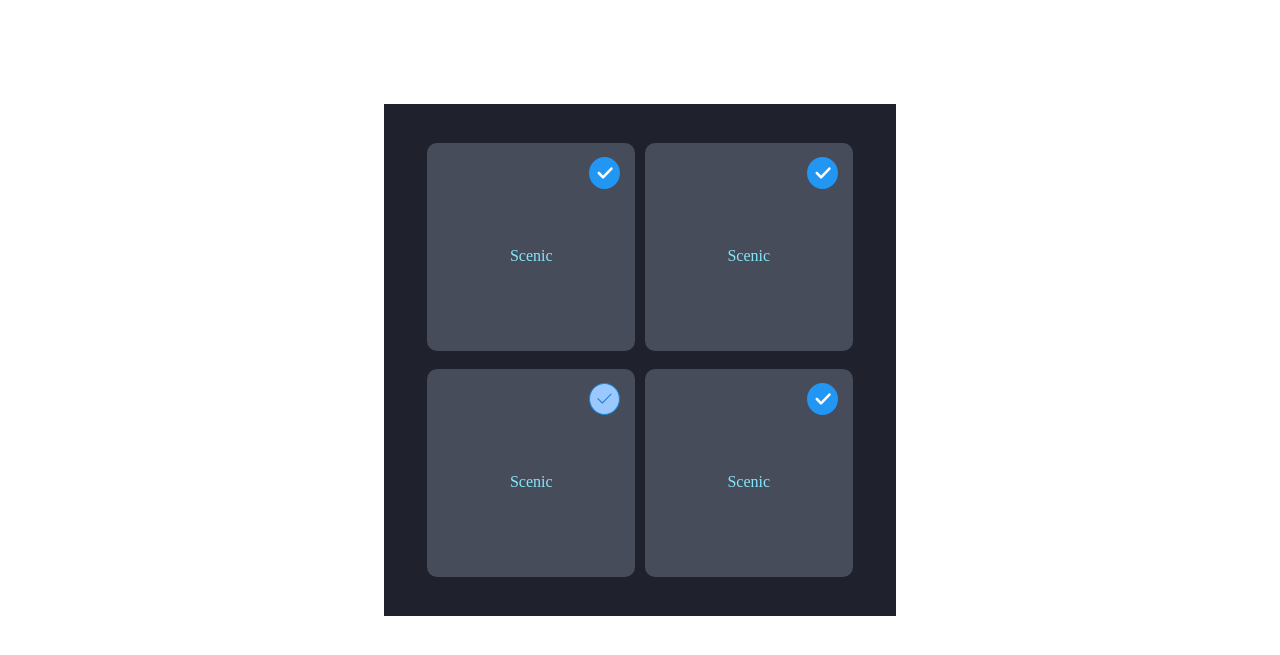
Repository: enesmozer/card-check
Page: index.html
These files come from the project's save history. The page is drawn as it stood at one moment and after the next save; the edit follows.
The browser window is 1280 px wide. The pictures show the whole page.
The style sheet was rebuilt from its Sass, Less or Tailwind sources for each picture, by a compiler version that may differ from the author's.

Above is the page before, as saved 2021-03-01 23:59:37.

### index.html
<!DOCTYPE html>
<html lang="en">
<head>
    <meta charset="UTF-8">
    <meta name="viewport" content="width=device-width, initial-scale=1.0">
    <link rel="stylesheet" href="/main.css">
    <title>Card with Check</title>
</head>
<body>
    <div class="container">
        <div class="card">
            <div class="card-icon"><img src="/img/entering_heaven_alive.svg" alt=""></div>
            <div class="card-text">Scenic</div>
            <div class="check"><img src="/img/check.svg" alt=""></div>
        </div>
        <div class="card">
            <div class="card-icon"><img src="/img/clapperboard.svg" alt=""></div>
            <div class="card-text">Scenic</div>
            <div class="check"><img src="/img/check.svg" alt=""></div>
        </div>
        <div class="card">
            <div class="card-icon"><img src="/img/safe.svg" alt=""></div>
            <div class="card-text">Scenic</div>
            <div class="check"><img src="/img/check-mark.svg" alt=""></div>
        </div>
        <div class="card">
            <div class="card-icon"><img src="/img/about.svg" alt=""></div>
            <div class="card-text">Scenic</div>
            <div class="check"><img src="/img/check.svg" alt=""></div>
        </div>
    </div>
</body>
</html>

### scss/main.scss
* {
  margin: 0;
  padding: 0;
  box-sizing: border-box;
}
body {
  display: flex;
  height: 100vh;
  align-items: center;
  justify-content: center;
}
.container {
  display: flex;
  flex-wrap: wrap;
  align-items: center;
  justify-content: center;
  background-color: #1f222c;
  width: 40%;
  height: calc((100vw * 40) / 100);
  padding: 30px;

  .card {
    margin: 1%;
    width: 46.127%;
    height: 46.127%;
    background-color: #474c5a;
    border-radius: 10px;
    display: flex;
    align-items: center;
    justify-content: center;
    flex-direction: column;
    color: #85e6fa;
    position: relative;
    .icon {
      margin-bottom: 10px;
      width: 30%;
      height: 30%;
    }
    .text {
      font-size: 1.5vw;
    }
    .check {
      position: absolute;
      align-self: flex-end;
      display: flex;
      align-items: flex-end;
      justify-content: flex-end;
      top: 7%;
      width: 15%;
      height: 15%;
      border-radius: 50%;
      margin-right: 15px;
      @media (max-width: 576px) {
        margin-right: 4px;
      }

      img {
        height: 100%;
        width: 100%;
      }
    }
  }
}

After the next save:
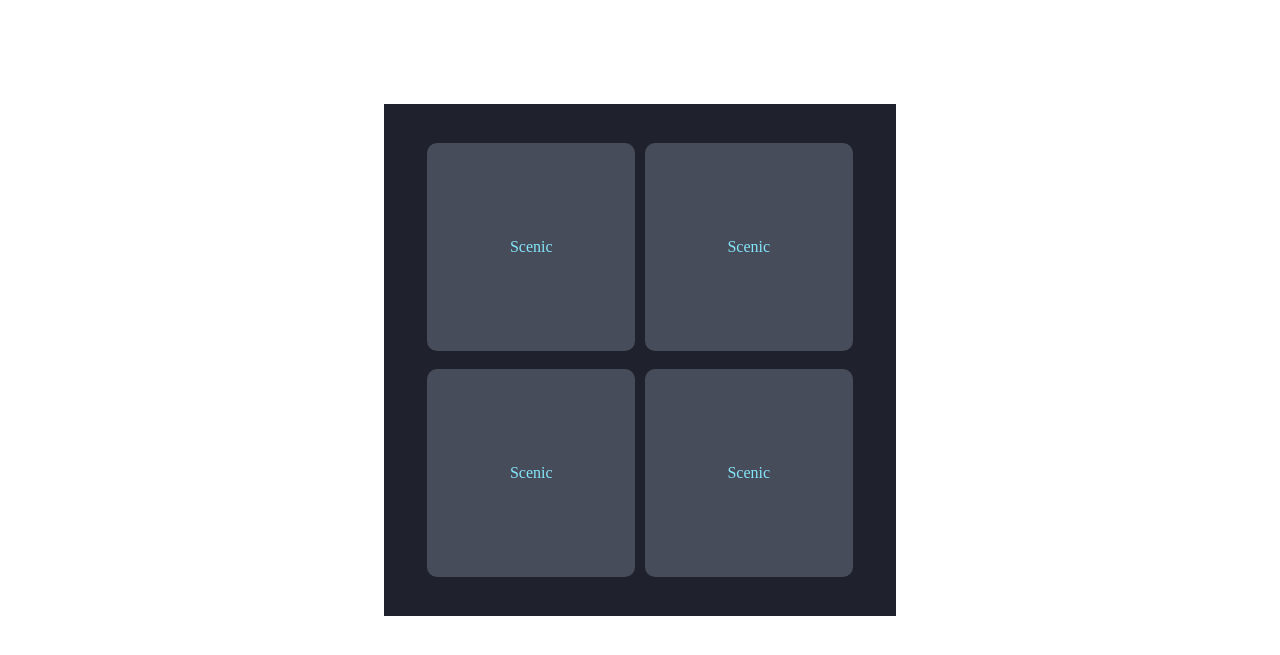
Not found: img/card-check-mark.svg
Not found: img/card-check.svg
Saved 7 s later.
--- a/index.html
+++ b/index.html
@@ -4,29 +4,29 @@
     <meta charset="UTF-8">
     <meta name="viewport" content="width=device-width, initial-scale=1.0">
     <link rel="stylesheet" href="/main.css">
-    <title>Card with Check</title>
+    <title>Card with card-check</title>
 </head>
 <body>
     <div class="container">
         <div class="card">
             <div class="card-icon"><img src="/img/entering_heaven_alive.svg" alt=""></div>
             <div class="card-text">Scenic</div>
-            <div class="check"><img src="/img/check.svg" alt=""></div>
+            <div class="card-check"><img src="/img/card-check.svg" alt=""></div>
         </div>
         <div class="card">
             <div class="card-icon"><img src="/img/clapperboard.svg" alt=""></div>
             <div class="card-text">Scenic</div>
-            <div class="check"><img src="/img/check.svg" alt=""></div>
+            <div class="card-check"><img src="/img/card-check.svg" alt=""></div>
         </div>
         <div class="card">
             <div class="card-icon"><img src="/img/safe.svg" alt=""></div>
             <div class="card-text">Scenic</div>
-            <div class="check"><img src="/img/check-mark.svg" alt=""></div>
+            <div class="card-check"><img src="/img/card-check-mark.svg" alt=""></div>
         </div>
         <div class="card">
             <div class="card-icon"><img src="/img/about.svg" alt=""></div>
             <div class="card-text">Scenic</div>
-            <div class="check"><img src="/img/check.svg" alt=""></div>
+            <div class="card-check"><img src="/img/card-check.svg" alt=""></div>
         </div>
     </div>
 </body>

After the save that followed:
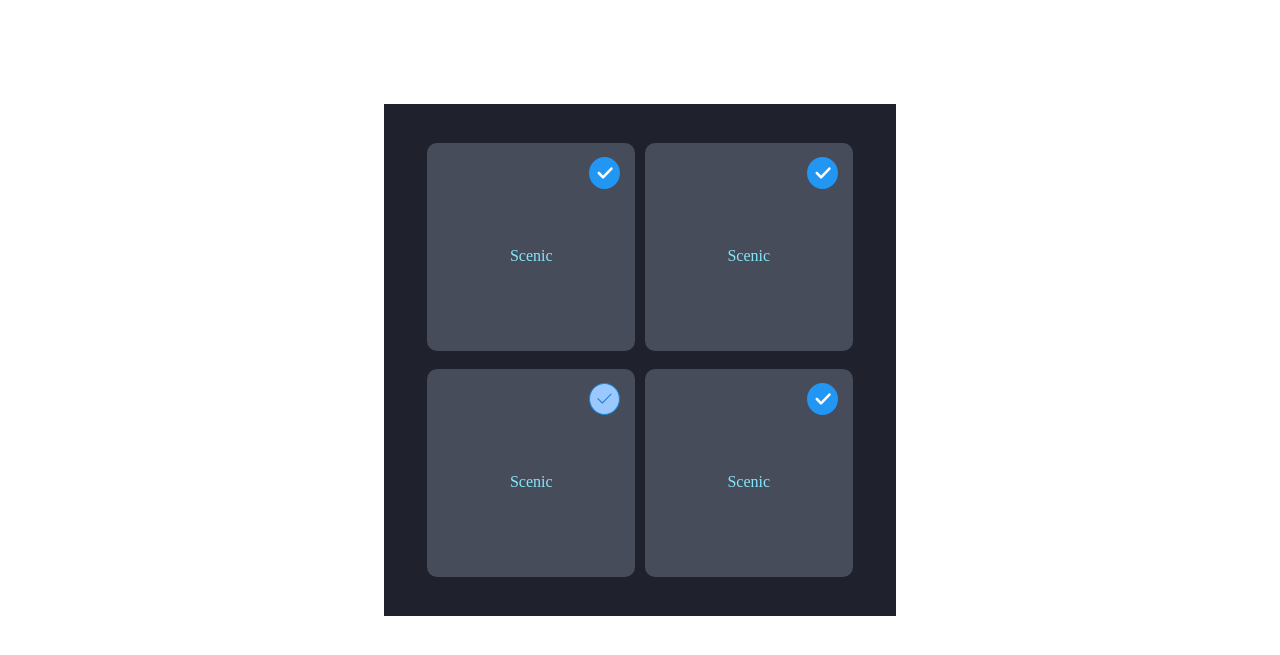
Saved 11 s later.
--- a/index.html
+++ b/index.html
@@ -4,29 +4,29 @@
     <meta charset="UTF-8">
     <meta name="viewport" content="width=device-width, initial-scale=1.0">
     <link rel="stylesheet" href="/main.css">
-    <title>Card with card-check</title>
+    <title>Card with Check</title>
 </head>
 <body>
     <div class="container">
         <div class="card">
             <div class="card-icon"><img src="/img/entering_heaven_alive.svg" alt=""></div>
             <div class="card-text">Scenic</div>
-            <div class="card-check"><img src="/img/card-check.svg" alt=""></div>
+            <div class="check"><img src="/img/check.svg" alt=""></div>
         </div>
         <div class="card">
             <div class="card-icon"><img src="/img/clapperboard.svg" alt=""></div>
             <div class="card-text">Scenic</div>
-            <div class="card-check"><img src="/img/card-check.svg" alt=""></div>
+            <div class="check"><img src="/img/check.svg" alt=""></div>
         </div>
         <div class="card">
             <div class="card-icon"><img src="/img/safe.svg" alt=""></div>
             <div class="card-text">Scenic</div>
-            <div class="card-check"><img src="/img/card-check-mark.svg" alt=""></div>
+            <div class="check"><img src="/img/check-mark.svg" alt=""></div>
         </div>
         <div class="card">
             <div class="card-icon"><img src="/img/about.svg" alt=""></div>
             <div class="card-text">Scenic</div>
-            <div class="card-check"><img src="/img/card-check.svg" alt=""></div>
+            <div class="check"><img src="/img/check.svg" alt=""></div>
         </div>
     </div>
 </body>
